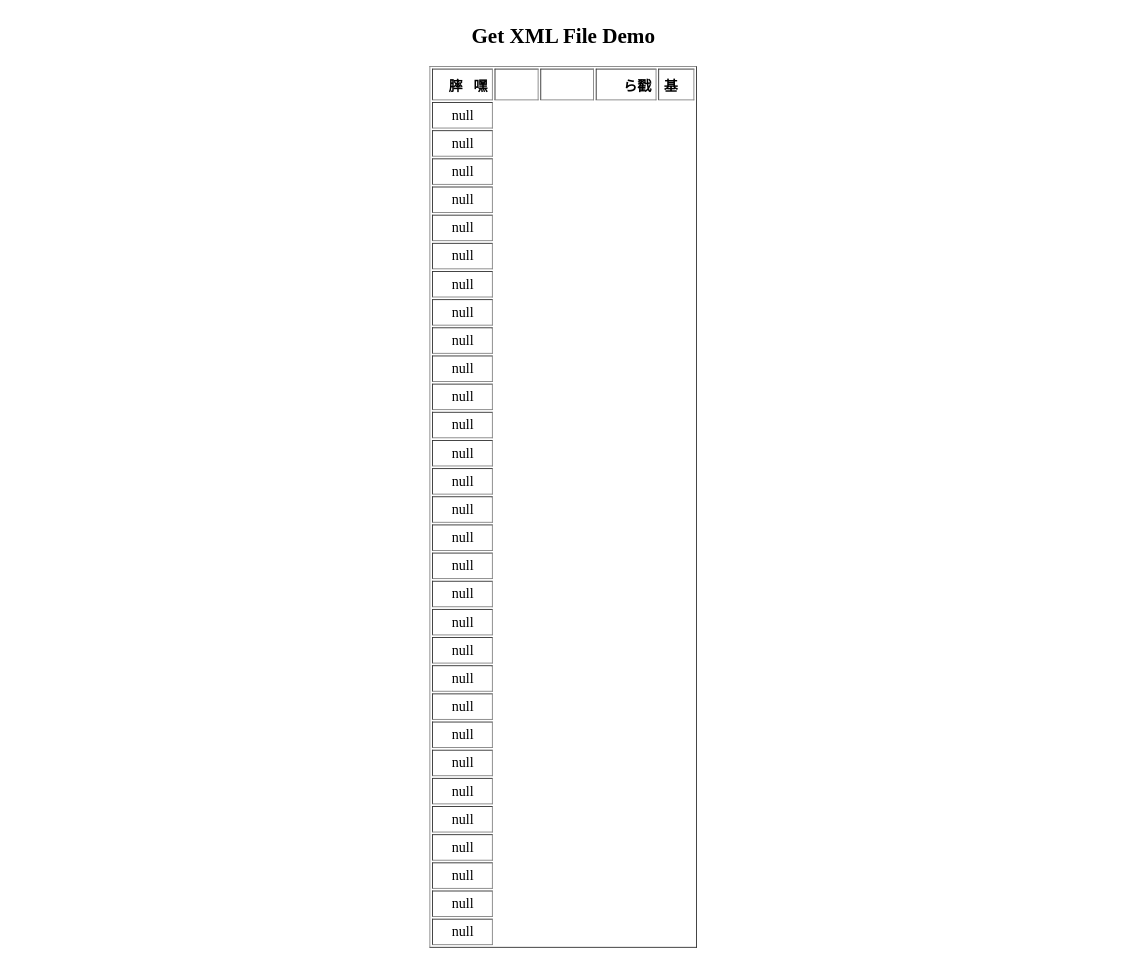
Repository: milkyeway/Ajax
Page: Ajax/src/main/webapp/m04/Fetchjson.html
An editor plug-in stored every save of this project. The page is shown before and after the next save, followed by the edit.
The browser window is 1280 px wide. The pictures show the whole page, at 88% of full size.

Above is the page before, as saved 2022-03-28 02:57:32.

### Ajax/src/main/webapp/m04/Fetchjson.html
<h2>Get XML File Demo</h2>
<table border="1" id="demo"></table>
<style>
body {
	display: flex;
	flex-direction: column;
	align-items: center;
}

th, td {
	text-align: center;
	padding: 5px;
}

#demo {
	margin-bottom: 10px;
}
</style>
<script>
	var xhttp = new XMLHttpRequest();
	xhttp.onreadystatechange = function() {
		if (xhttp.readyState == 4 && xhttp.status == 200) {
			var xmlDoc = xhttp.responseXML;
			var txt = "<tr><th>膟嘿<th><th><th>ら戳<th>基";
			var books = xmlDoc.getElementsByTagName("book");
			for (let i = 0; i < books.length; i++) {
				txt += "<tr><td>" + books[i].getAttribute("title");
				txt += "<tr><td>" + books[i].getAttribute("author");
				txt += "<tr><td>" + books[i].getAttribute("publisher");
				txt += "<tr><td>" + books[i].getAttribute("publishDate");
				txt += "<tr><td>" + books[i].getAttribute("price");
			}
			document.getElementById("demo").innerHTML = txt;
		}

	}

	xhttp.open("GET", "../res/book1.xml", true);
	xhttp.send();
</script>

After the next save:
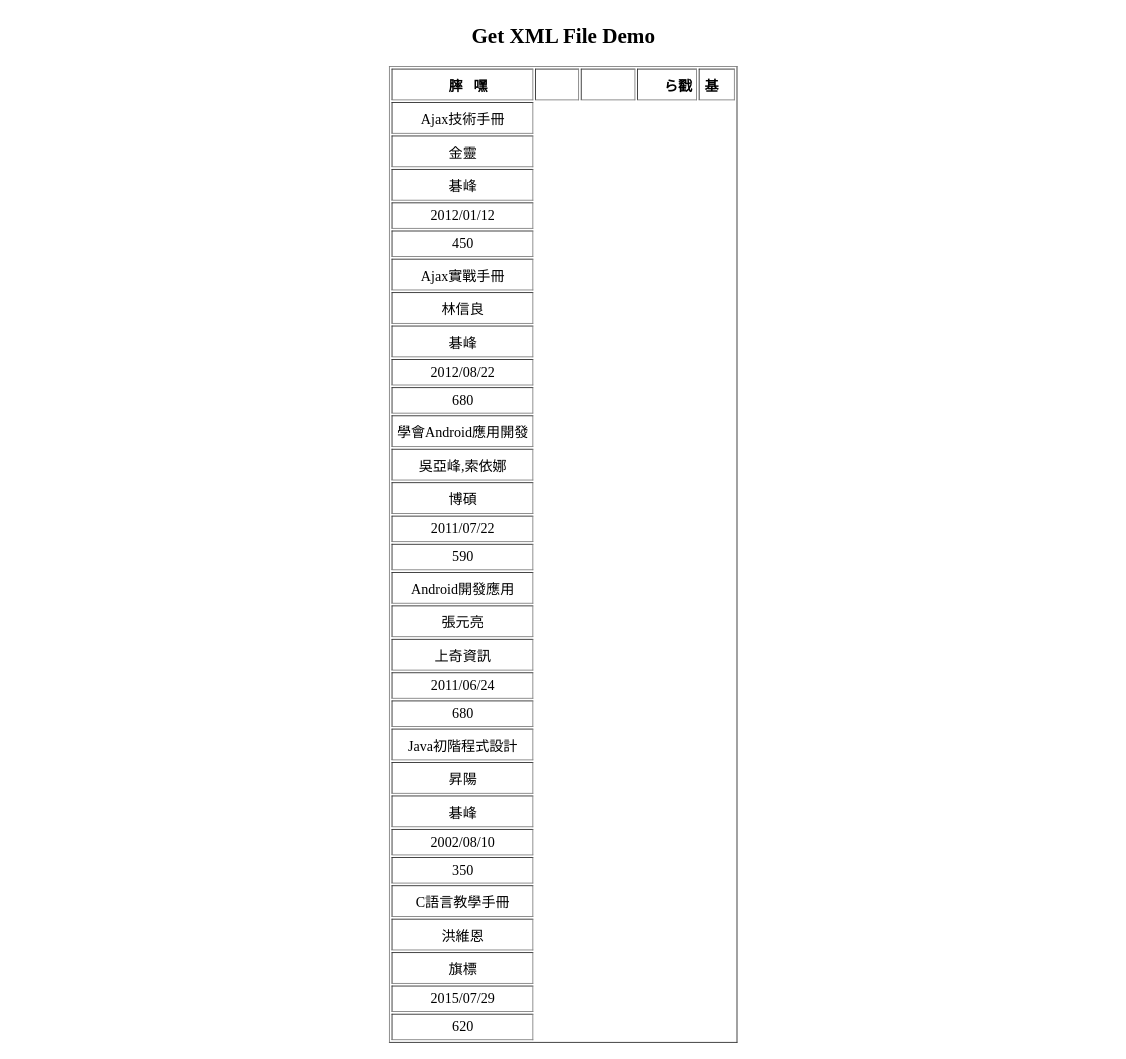
Saved 5 s later.
--- a/Ajax/src/main/webapp/m04/Fetchjson.html
+++ b/Ajax/src/main/webapp/m04/Fetchjson.html
@@ -35,6 +35,6 @@ th, td {
 
 	}
 
-	xhttp.open("GET", "../res/book1.xml", true);
+	xhttp.open("GET", "../res/book2.xml", true);
 	xhttp.send();
 </script>
